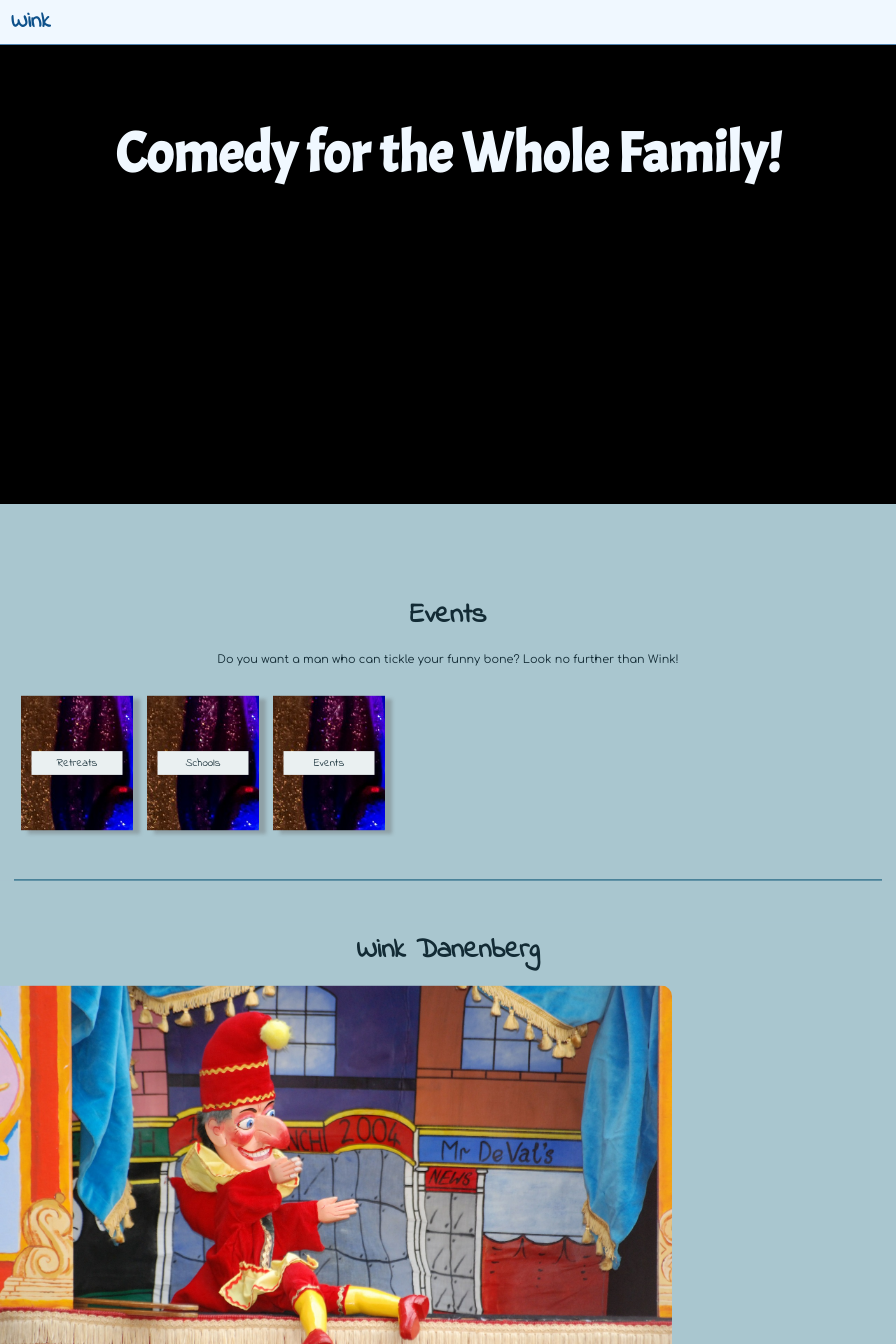
Repository: Sbethm/wink
Page: index.html
These files come from the project's save history. The page is drawn as it stood at one moment and after a run of saves; the edit follows.
The browser window is 1280 px wide. The pictures show the part of the page from y = 0 to 1920 px (the page is 5480 px tall), at 70% of full size.
The style sheet was rebuilt from its Sass, Less or Tailwind sources for each picture, by a compiler version that may differ from the author's.

Above is the page before, as saved 2021-08-31 13:20:58.
Console error: SyntaxError: Unexpected end of input

### index.html
<!DOCTYPE html>
<html lang="en">
<head>
    <meta charset="UTF-8">
    <meta http-equiv="X-UA-Compatible" content="IE=edge">
    <meta name="viewport" content="width=device-width, initial-scale=1.0">
    <link rel="preconnect" href="https://fonts.googleapis.com">
    <link rel="preconnect" href="https://fonts.gstatic.com" crossorigin>
    <link href="https://fonts.googleapis.com/css2?family=Acme&family=Comfortaa:wght@400;500;600;700&family=Indie+Flower&display=swap" rel="stylesheet">
    <!--
        font-family: 'Acme', sans-serif;
        font-family: 'Comfortaa', cursive;
        font-family: 'Indie Flower', cursive;
    -->

    <link rel="stylesheet" href="./CSS/main.css">
    <title>Document</title>
</head>
<body>
    <header id="headerBg">
        <h1 id="logo">Wink</h1>
        <div class="menu--btn">
            <ul class="menu">
                <li class="menu--item">Shows</li>
                <li class="menu--item">Wink</li>
                <li class="menu--item">Calender</li>
                <li class="menu--item">Contact</li>
            </ul>
        </div>
    </header>
    <main>
        <section class="main--slideshow">
            <!--images are set on automatic slide-->
                <img src="./img/img1.jpg" alt="" id="slide--img">
                <img src="./img/img2.jpg" alt="" id="slide--img">
                <img src="./img/img3.jpg" alt="" id="slide--img">
            <div class="slideshow--quote">Comedy for the Whole Family!</div>
        </section>
        <!--EVENTS-
            Description of Wink's shows. What does he do? Who are the shows geared towards? etc.-->
        <section class="event">
            <div class="container container--event">
                <h2 class="heading--center">Events</h2>
                <p class="info--short center">Do you want a man who can tickle your funny bone? Look no further than Wink!</p>
                <div class="event--slideshow">
                    <!--each div is set on a swipe slide-->
                    <a href=""><div class="event--retreats event--slide">
                        <p class="event--type">Retreats</p>
                    </div></a>
                    <a href=""><div class="event--schools event--slide">
                        <p class="event--type">Schools</p>
                    </div></a>
                    <a href=""><div class="event--events event--slide">
                        <p class="event--type">Events</p>
                    </div></a>
                </div>
            </div>
        </section>
         <!--WINK-
            Who is Wink? A little about Wink and his past experience as a showman -->
        <section class="wink">
            <div class="container container--wink">
                <h2 class="heading--center">Wink Danenberg</h2>
                <div class="img--container">
                    <img src="./img/img2.jpg" alt="" class="img--set--left js--scroll">
                </div>
                <p class="text--full--center">
                    …about Wink Danenberg
                    Standing at 6 foot 4… 240 pounds- Wink Danenberg is responsible for the laughter of audiences  across the country. His comedy juggling, unicycling, and audience participation have kept people  entertained and enthralled at countless events, including festivals, comedy clubs, schools, cruise
                    ships, and libraries. His high energy and raw antics are a perfect blend to captivate and amaze  both the audience and himself. Wink Danenberg, a true original, is the only juggler who: offers a  full money back guarantee, can drive a standard with one hand, and has never taken a selfie.
                </p>
            </div>
        </section>
         <!--REFERENCES-
            A section with a link to references for Wink's shows-->
        <section class="references cover">
            <button class="reference--btn">References</button>
        </section>
         <!--EXPERIENCE HIGHLIGHTS-
            A section that shows some of the highlights of his experience-->
        <section class="experience">
            <div class="container container--experience">
                <h2 class="heading--center">Highlights</h2>
                <div class="experience--block">
                    <div class="img--container">
                        <img src="./img/img2.jpg" alt="" class="img--set--right">
                    </div>
                    <p class="text--small--center">As Seen on Letter Man!</p>
                </div>
                <div class="experience--block">
                    <div class="img--container">
                        <img src="./img/img2.jpg" alt="" class="img--set--left js--scroll">
                    </div>
                    <p class="text--small--center">As Seen on Letter Man!</p>
                </div>
                <div class="experience--block">
                    <div class="img--container">
                        <img src="./img/img2.jpg" alt="" class="img--set--right">
                    </div>
                    <p class="text--small--center">As Seen on Letter Man!</p>
                </div>
            </div>
        </section>
         <!--CONTACT-
            email and (maybe) phone information about how to contact Wink-->
        <section class="contact cover">
            <button class="contact--btn">Contact</button>
        </section>
    </main>
    <footer></footer>
    <script src="./JS/main.js"></script>
</body>
</html>

### JS/main.js
//
const slides = document.querySelectorAll('#slide--img');
const headerBg = document.getElementById('headerBg');
const logo = document.getElementById('logo');

//CHANGING HEADER ON SCROLL
window.onscroll = function() {
    if (window.scrollY > 130) {
        headerBg.style.background = 'none';
        headerBg.style.borderBottom = 'solid 1px aliceblue';
        logo.style.color = 'aliceblue';
    } else {
        headerBg.style.background = 'aliceblue';
        headerBg.style.borderBottom = 'solid 1px rgb(13, 81, 139)';
        logo.style.color = 'rgb(13, 81, 139)';
    }
  }

//INDEX MAIN SLIDESHOW
setInterval(nextImg, 4000);

let currentImg = 0;
slides[currentImg].style.opacity = 1;

function nextImg() {
    slides[currentImg].style.opacity = 0;
    currentImg = (currentImg + 1) % slides.length;
    slides[currentImg].style.opacity = 1;
}

//FADE-IN
const fadeEL = document.

//SLIDE-IN

### SCSS/main.scss
@import "./resets", "./variables";


//GENERAL STYLING
body{
    width: 100vw;
    background-color: $bgColor1;
    overflow-x: hidden;
}

section {
    width: 100vw;
    height: fit-content;
    background-color: $bgColor1;
    color: $accentColor1;
    font-family: $mainFont;
    font-size: 1rem;
}

.container {
    margin: 60px 20px;
    padding: 60px 0;
    width: calc(100vw - 40px);
    background-color: $bgColor1;
    border-bottom: solid 2px $accentColor2;
}

.heading--center {
    padding-bottom: 30px;
    width: 100%;
    font-family: $accentFont;
    font-size: 2.5rem;
    text-align: center;
}

a {
    text-decoration: none;
}

p {
    font-family: $mainFont;
    font-size: 1rem;
    line-height: 1.5rem;
}

.center {
    padding-bottom: 30px;
    width: 100%;
    text-align: center;
}

.img--set--left {
    width: 75vw;
    position: relative;
    left: -20px;
    z-index: 1;
    border-radius: 0 15px 15px 0;
}

.js--scroll {
    opacity: 1;
    transition: opacity 300ms;
}

.js--scroll.scrolled{
    opacity: 1;
}

.img--set--right {
    width: 75vw;
    position: relative;
    right: -60px;
    z-index: 1;
    border-radius: 15px 0 0 15px;
}

//HEADER AND MAIN SLIDESHOW
header {
    position: fixed;
    top: 0;
    height: 4rem;
    width: 100vw;
    padding: 1rem;
    z-index: 9;
    overflow: hidden;
    background: aliceblue;
    border-bottom: solid 1px rgb(13, 81, 139);
    transition: all 0.50s ease-in;
    box-sizing: border-box;

    & h1 {
        font-family: $accentFont;
        font-size: 2rem;
        color: rgb(13, 81, 139);
        transition: all 0.50s ease-in;
    }
}

.menu--item{
    display: none;
}

.main--slideshow {
    height: 100vh;
    width: 100vw;
    background-color: #000;
}

#slide--img {
    position: absolute;
    top: 0;
    left: 0;
    width: 100%;
    height: 100%;
    object-fit: cover;
    overflow: hidden;
    opacity: 0;
    transition: all 0.75s ease-in;
    z-index: 0;
}

.slideshow--quote {
    position: absolute;
    top: calc(100vh - 75vh);
    width: 100vw;
    font-size: 5rem;
    font-family: $headerFont;
    font-weight: 800;
    color: aliceblue;
    text-align: center;
}

//EVENTS
.event{
    padding-top: 20px;
}

.event--slideshow {
    display: flex;
    flex-direction: row;
    overflow: scroll;

    & .event--slide {
        margin: 10px;
        width: 10rem;
        height: 12rem;
        display: grid;
        background-image: url(../img/img1.jpg);
        box-shadow: 10px 5px 5px rgba(100, 100, 100, 0.377);
        grid-template-columns: 100%;
        justify-items: center;
        align-items: center;

        & .event--type {
            padding: 5px;
            width: 75%;
            background-color: $bgColor2;
            font-family: $accentFont;
            color: $accentColor1;
            text-align: center;
        }
    }
}

//ABOUT WINK
.container--wink {
    margin: 0 20px;
    padding: 20px 0;
    border: hidden;
}

.text--full--center {
    position: relative;
    padding: 10px;
    top: -60px;
    z-index: 2;
    background-color: $bgColor2;
}

//REFERENCES and CONTACT
.cover {
    width: 100vw;
    height: 50vh;
    display: flex;
    justify-content: center;
    align-items: center;
    background-image: url(../img/img1.jpg);

    & button {
        width: 10rem;
        height: 4rem;
        font-family: $accentFont;
        font-size: 1.5rem;
        color: $accentColor1;
        background-color: $bgColor2;
        border: hidden;
    }
}

//EXPERIENCE HIGHLIGHTS
.container--experience{
    border-bottom: hidden;
}

.text--small--center{
    width: 75%;
    height: 5rem;
    margin: 0 10%;
    padding: 10px;
    position: relative;
    top: -60px;
    z-index: 2;
    background-color: $bgColor2;
    text-align: center;
    line-height: 5rem;
}

//CONTACT *see references

### SCSS/_variables.scss
//FONTS
$headerFont: 'Acme', sans-serif;
$accentFont: 'Indie Flower', cursive;
$mainFont: 'Comfortaa', cursive;

//COLORS
// $bgColor1: rgb(207, 184, 169);
// $bgColor2: rgb(241, 237, 234);
// $accentColor1: rgb(53, 33, 19);
// $accentColor2: rgb(83, 50, 27);
$bgColor1: rgb(169, 198, 207);
$bgColor2: rgb(234, 240, 241);
$accentColor1: rgb(19, 43, 53);
$accentColor2: rgb(51, 114, 141);

Loaded but not shown: SCSS/_resets.scss (common file)

After the next 5 saves:
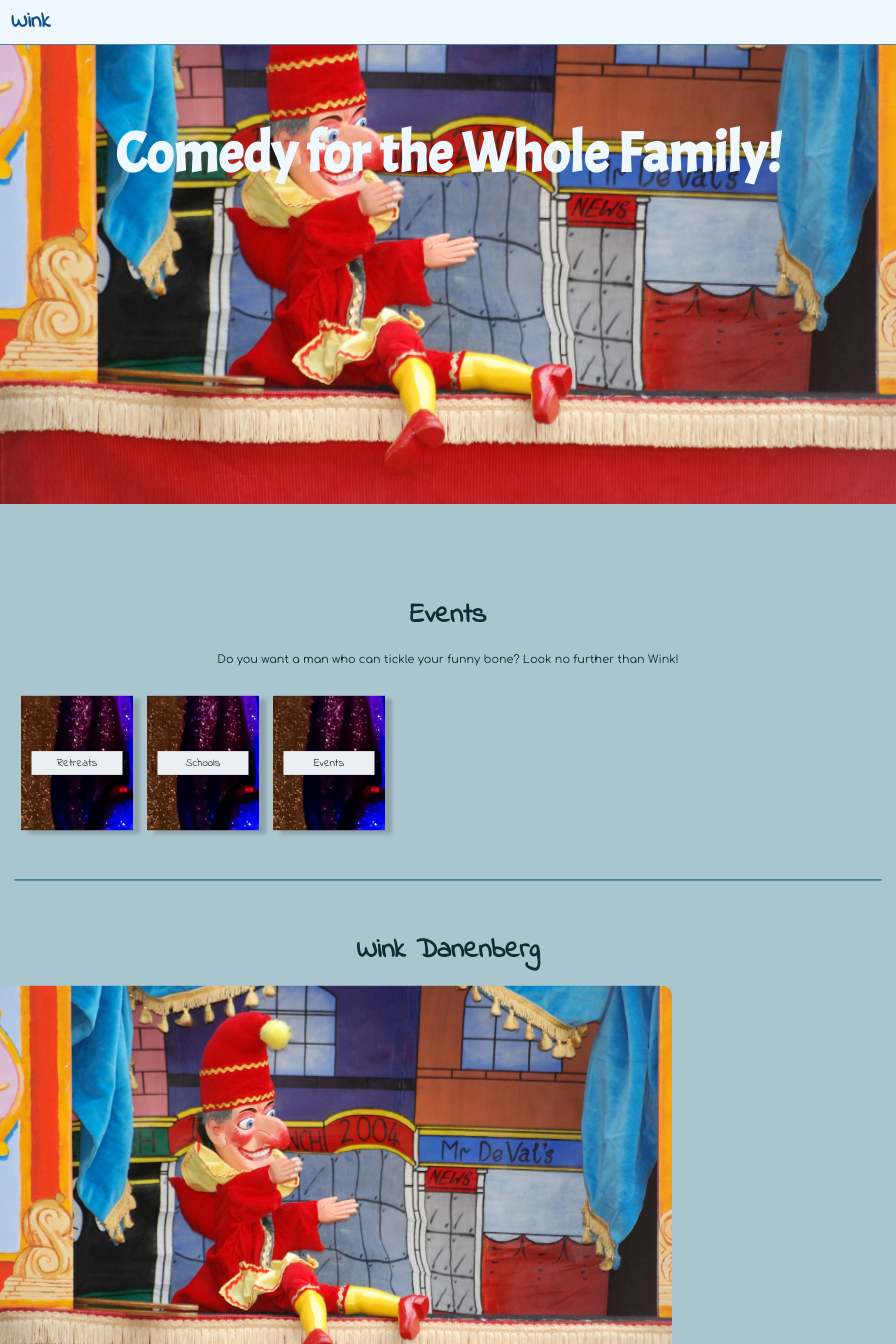
The error is gone.
The 5 saves are shown as one change because they came seconds apart.
The last was saved 13 s later.
--- a/JS/main.js
+++ b/JS/main.js
@@ -29,6 +29,6 @@ function nextImg() {
 }
 
 //FADE-IN
-const fadeEL = document.
+const fadeEL = document.querySelectorAll('js--scroll')
 
 //SLIDE-IN
